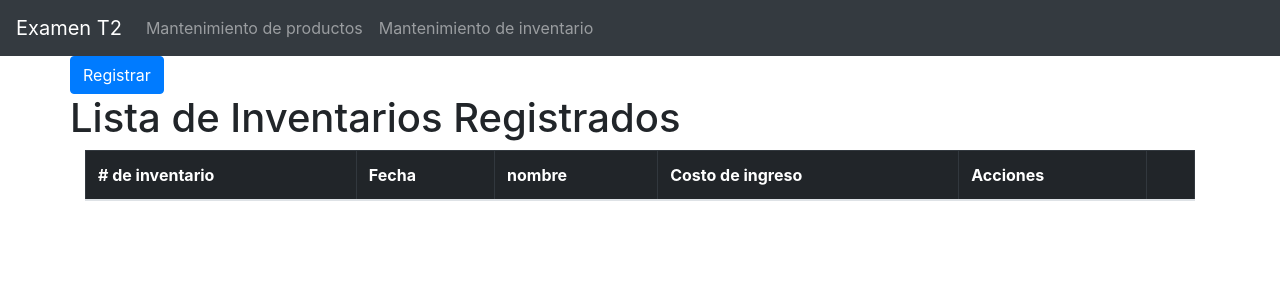
Repository: cartulina68/LP2_Examen2_Rosas
Page: http://localhost/inventario/index
The author's editor kept a copy of each file at every save. The page is drawn from the files as they stood at one save, then again after the next save.
The browser window is 1280 px wide. The pictures show the whole page.
The page is this project's Thymeleaf template; nobody is signed in. The template is opened directly, without the code that normally fills it, so the values that code supplies are empty.

Above is the page before, as saved 2024-10-12 03:46:11.

### Spring/BD_T2_Inventario/src/main/resources/templates/inventario/index.html
<!DOCTYPE html>
<html xmlns:th="http://www.thymeleaf.org">
<head>
<meta charset="UTF-8">
<title>Inventario</title>
</head>
<link rel="stylesheet"
	href="https://maxcdn.bootstrapcdn.com/bootstrap/4.0.0/css/bootstrap.min.css"
	integrity="sha384-Gn5384xqQ1aoWXA+058RXPxPg6fy4IWvTNh0E263XmFcJlSAwiGgFAW/dAiS6JXm"
	crossorigin="anonymous">
<body>
	<nav class="navbar navbar-expand-md bg-dark navbar-dark">
		<!-- Brand -->
		<a class="navbar-brand" href="#">Examen T2</a>

		<!-- Toggler/Collapse Button -->
		<button class="navbar-toggler" type="button" data-toggle="collapse"
			data-target="#collapsibleNavbar">
			<span class="navbar-toggler-icon"></span>
		</button>

		<!-- Navbar links -->
		<div class="collapse navbar-collapse" id="collapsibleNavbar">
			<ul class="navbar-nav">
				<li class="nav-item"><a class="nav-link" th:href="@{/producto}">Mantenimiento de productos</a></li>
				<li class="nav-item"><a class="nav-link" th:href="@{/}">Mantenimiento de inventario</a></li>
			</ul>
		</div>
	</nav>
	<div class="container">


		<div class="row">
			<a th:href="@{/inventario/new}" class="btn btn-primary">Registrar</a>
		</div>

		<div class="row">
			<h1>Lista de Inventarios Registrados</h1>
		</div>


		<table class="table table-striped table-bordered">
			<thead class="table-dark">
				<tr>
					<th># de inventario</th>
					<th>Fecha</th>
					<th>nombre</th>
					<th>Costo de ingreso</th>
					<th>Acciones<th>
				</tr>
			</thead>
			<tbody>
				<tr th:each="inventario: ${inventarios}">
					<td th:text="${inventario.nroInventario}"></td>
					<td th:text="${inventario.fecha}"></td>
					<td th:text="${inventario.idProd.nomProd}"></td>
					<td th:text="${inventario.costoIngreso}"></td>



					<td>
						<a th:href="@{/inventario/edit/{id}(id=${inventario.nroInventario})}" class="btn btn-primary">Actualizar</a>
					</td>
				</tr>
			</tbody>
		</table>
	</div>

</body>
</html>

After the next save:
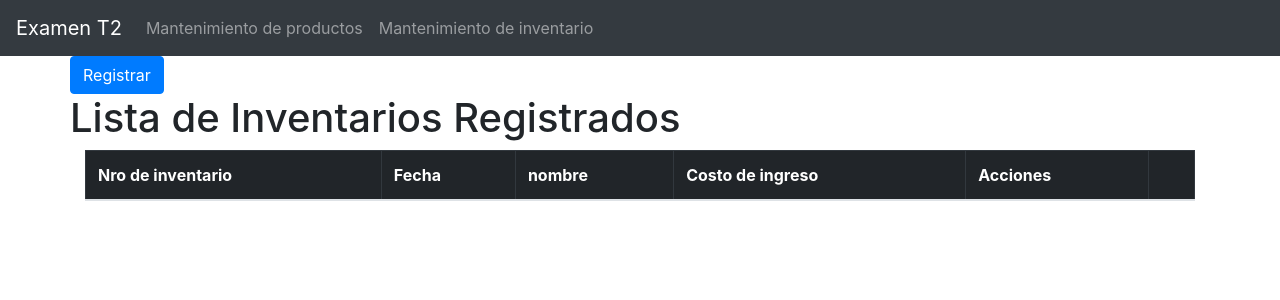
Saved 15 min 51 s later.
--- a/Spring/BD_T2_Inventario/src/main/resources/templates/inventario/index.html
+++ b/Spring/BD_T2_Inventario/src/main/resources/templates/inventario/index.html
@@ -42,7 +42,7 @@
 		<table class="table table-striped table-bordered">
 			<thead class="table-dark">
 				<tr>
-					<th># de inventario</th>
+					<th>Nro de inventario</th>
 					<th>Fecha</th>
 					<th>nombre</th>
 					<th>Costo de ingreso</th>
